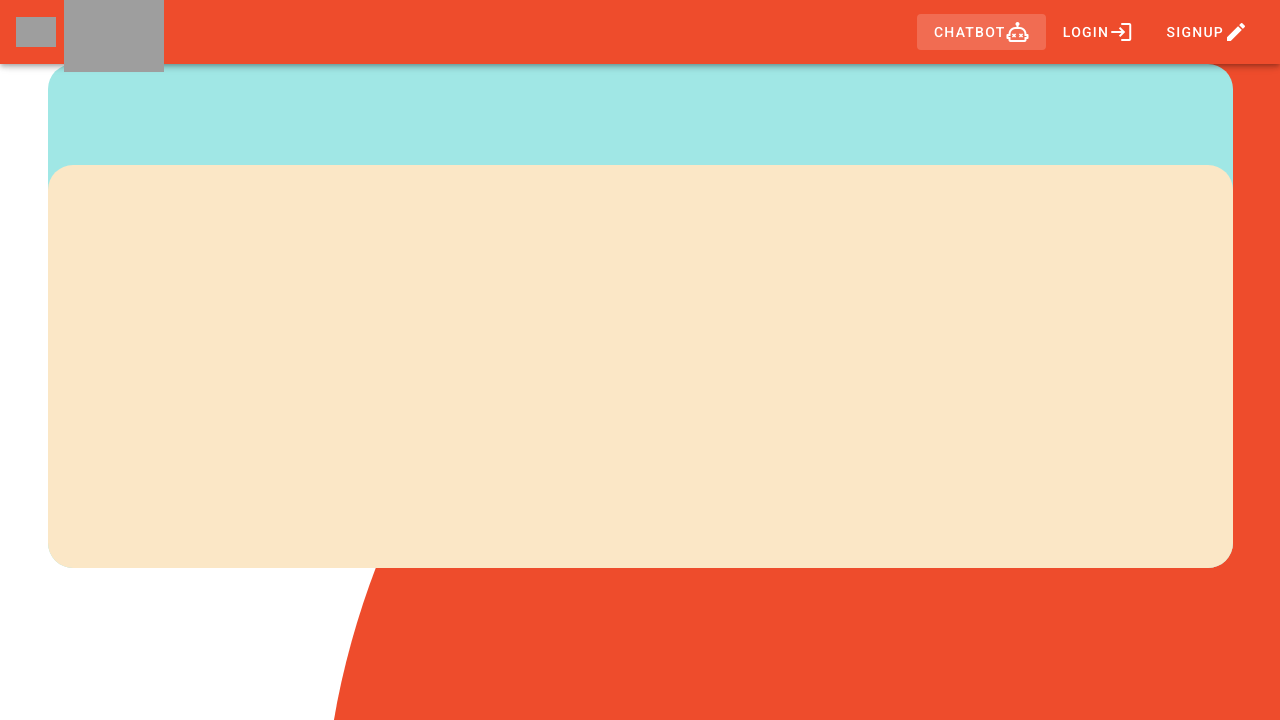
Repository: atout811/pyTorch-Hackathon
Page: /chatbot (app in frontend/)
The author's editor kept a copy of each file at every save. The page is drawn from the files as they stood at one save, then again after the next save.
The browser window is 1280 px wide. The pictures show the whole page.
Pictures or frames that could not be fetched are drawn as grey boxes. The project was rebuilt for these pictures with package versions that can differ from the ones it lists, and the page was loaded fresh each time. Also part of the build but not shown: frontend/vue.config.js, frontend/src/views/Home.vue.

Above is the page before, as saved 2021-10-21 14:57:06.

### frontend/src/main.js
import Vue from 'vue'
import App from './App.vue'
import './registerServiceWorker'
import router from './router'
import store from './store'
import vuetify from './plugins/vuetify'
import instance from './plugins/axios'

Vue.config.productionTip = false
Vue.prototype.$axios = instance;

new Vue({
  router,
  store,
  vuetify,
  render: function (h) { return h(App) }
}).$mount('#app')

### frontend/src/App.vue
<template>
  <v-app>
    <v-app-bar app color="primary" dark>
      <div class="d-flex align-center">
        <v-img
          alt="Vuetify Logo"
          class="shrink mr-2"
          contain
          src="https://cdn.vuetifyjs.com/images/logos/vuetify-logo-dark.png"
          transition="scale-transition"
          width="40"
        />

        <v-img
          alt="Vuetify Name"
          class="shrink mt-1 hidden-sm-and-down"
          contain
          min-width="100"
          src="https://cdn.vuetifyjs.com/images/logos/vuetify-name-dark.png"
          width="100"
        />
      </div>

      <v-spacer></v-spacer>
      <v-btn to="/chatbot" text>
        <v-text>Chatbot</v-text>
        <v-icon>mdi-robot-dead-outline</v-icon>
      </v-btn>
      <v-btn to="/login" text>
        <v-text>Login</v-text>
        <v-icon>mdi-login</v-icon>
      </v-btn>
      <v-btn to="/signup" text>
        <v-text>Signup</v-text>
        <v-icon>mdi-pencil</v-icon>
      </v-btn>
    </v-app-bar>

    <v-main class="bubble">
      <router-view />
    </v-main>
  </v-app>
</template>

<script>
export default {
  name: "App",

  data: () => ({
    //
  }),
};
</script>
<style>
.bubble::before {
  background-color: var(--v-primary-base);
  clip-path: circle(80% at 90% 120%);
  width: 100%;
  height: 100%;
  content: "";
  position: absolute;
  box-sizing: none;
  top: 0;
  left: 0;
}
</style>

### frontend/src/router/index.js
import Vue from "vue";
import VueRouter from "vue-router";
import Home from "../views/Home.vue";

Vue.use(VueRouter);

const routes = [
  {
    path: "/",
    name: "Home",
    component: Home,
  },
  {
    path: "/about",
    name: "About",
    // route level code-splitting
    // this generates a separate chunk (about.[hash].js) for this route
    // which is lazy-loaded when the route is visited.
    component: function() {
      return import(/* webpackChunkName: "about" */ "../views/About.vue");
    },
  },
  {
    path: "/login",
    name: "Login",
    // route level code-splitting
    // this generates a separate chunk (Login.[hash].js) for this route
    // which is lazy-loaded when the route is visited.
    component: function() {
      return import(/* webpackChunkName: "Login" */ "../views/Login.vue");
    },
  },
  {
    path: "/signup",
    name: "Signup",
    // route level code-splitting
    // this generates a separate chunk (Signup.[hash].js) for this route
    // which is lazy-loaded when the route is visited.
    component: function() {
      return import(/* webpackChunkName: "Signup" */ "../views/Signup.vue");
    },
  },
  {
    path: "/chatbot",
    name: "chatbot",
    // route level code-splitting
    // this generates a separate chunk (Signup.[hash].js) for this route
    // which is lazy-loaded when the route is visited.
    component: function() {
      return import(/* webpackChunkName: "Signup" */ "../views/Chatbot.vue");
    },
  },
];

const router = new VueRouter({
  mode: "history",
  base: process.env.BASE_URL,
  routes,
});

export default router;

### frontend/src/plugins/vuetify.js
import Vue from 'vue';
import Vuetify from 'vuetify/lib/framework';

Vue.use(Vuetify);

export default new Vuetify({
    theme: {
        themes: {
            light: {
                primary: "#ee4c2c"
            }
        }, options: {
            customProperties: true
        },
    }
});

### frontend/src/plugins/axios.js
import axios from "axios";

const instance = axios.create({
    headers: {
        "Content-Type": "application/json"
    }
})

export default instance;

### frontend/src/views/Chatbot.vue
<template>
  <div class="baba">
    <div class="container">
      <div class="chat-container"></div>
    </div>
  </div>
</template>

<script>
export default {
  name: "chatbot",
  data() {
    return {
      chat: [],
    };
  },
};
</script>

<style>
.container {
  height: 70vh;
  width: 100vw;
  padding: 0;
  align-self: center;
  /* margin: 10px; */
  background-color: #a0e7e5;
  border-radius: 25px;
  display: flex;
  align-items: flex-end;
}
.chat-container {
  height: 80%;
  width: 100%;
  /* margin: 10px; */
  background-color: #fbe7c6;
  border-radius: 25px;
}
</style>

Loaded but not shown: frontend/public/index.html (common file); frontend/src/registerServiceWorker.js (common file); frontend/src/store/index.js (common file)

After the next save:
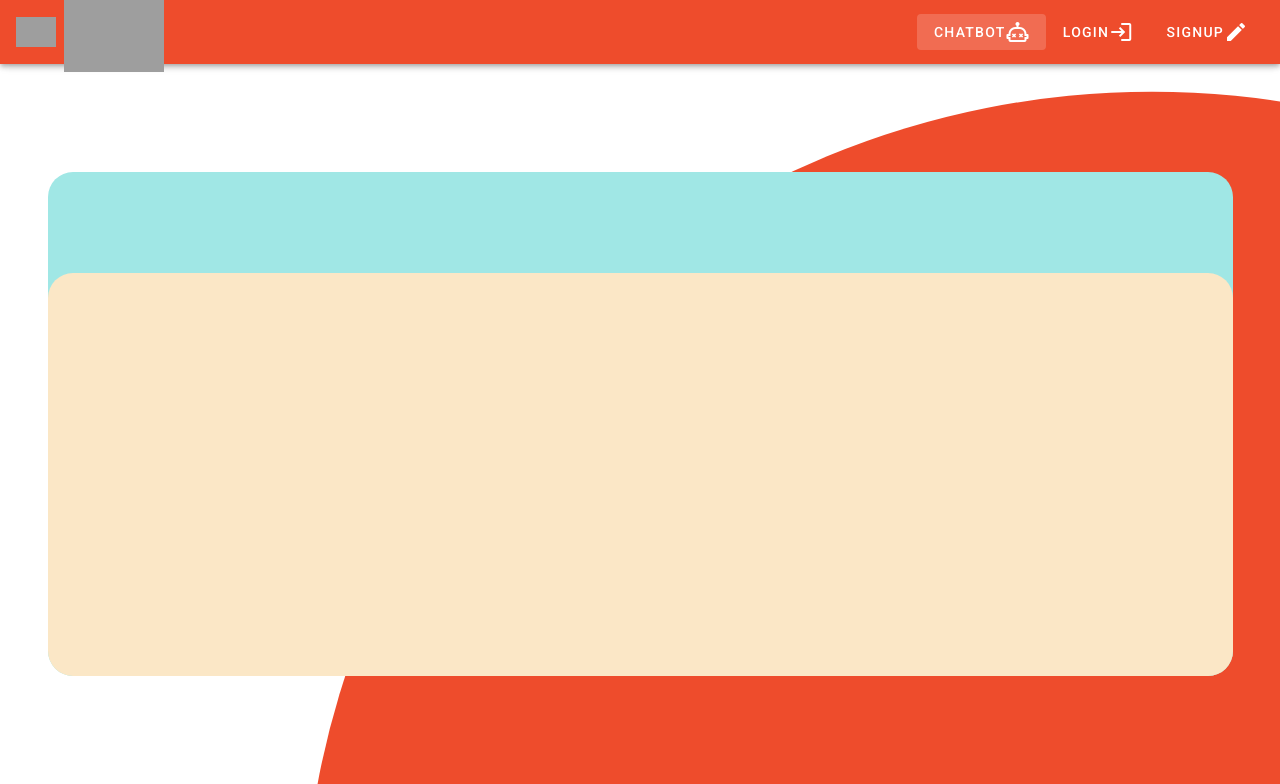
Saved 21 s later.
--- a/frontend/src/views/Chatbot.vue
+++ b/frontend/src/views/Chatbot.vue
@@ -18,6 +18,11 @@ export default {
 </script>
 
 <style>
+.baba {
+  height: 100vh;
+  width: 100vw;
+  display: flex;
+}
 .container {
   height: 70vh;
   width: 100vw;
